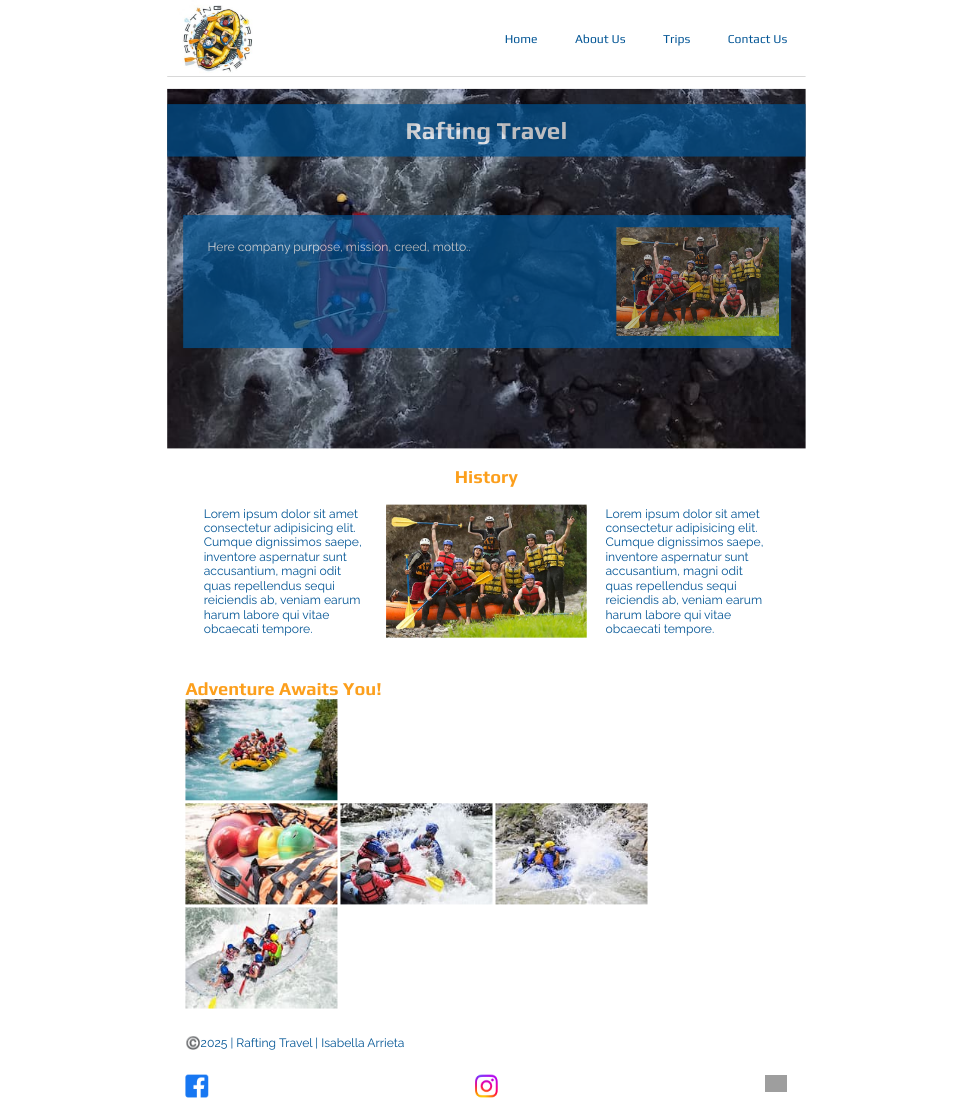
Repository: isaAJ05/wdd130
Page: wwr/about.html
These files come from the project's save history. The page is drawn as it stood at one moment and after the next save; the edit follows.
The browser window is 1280 px wide. The pictures show the whole page, at 76% of full size.
Pictures or frames that could not be fetched are drawn as grey boxes.

Above is the page before, as saved 2025-06-06 23:04:01.

After the next save:
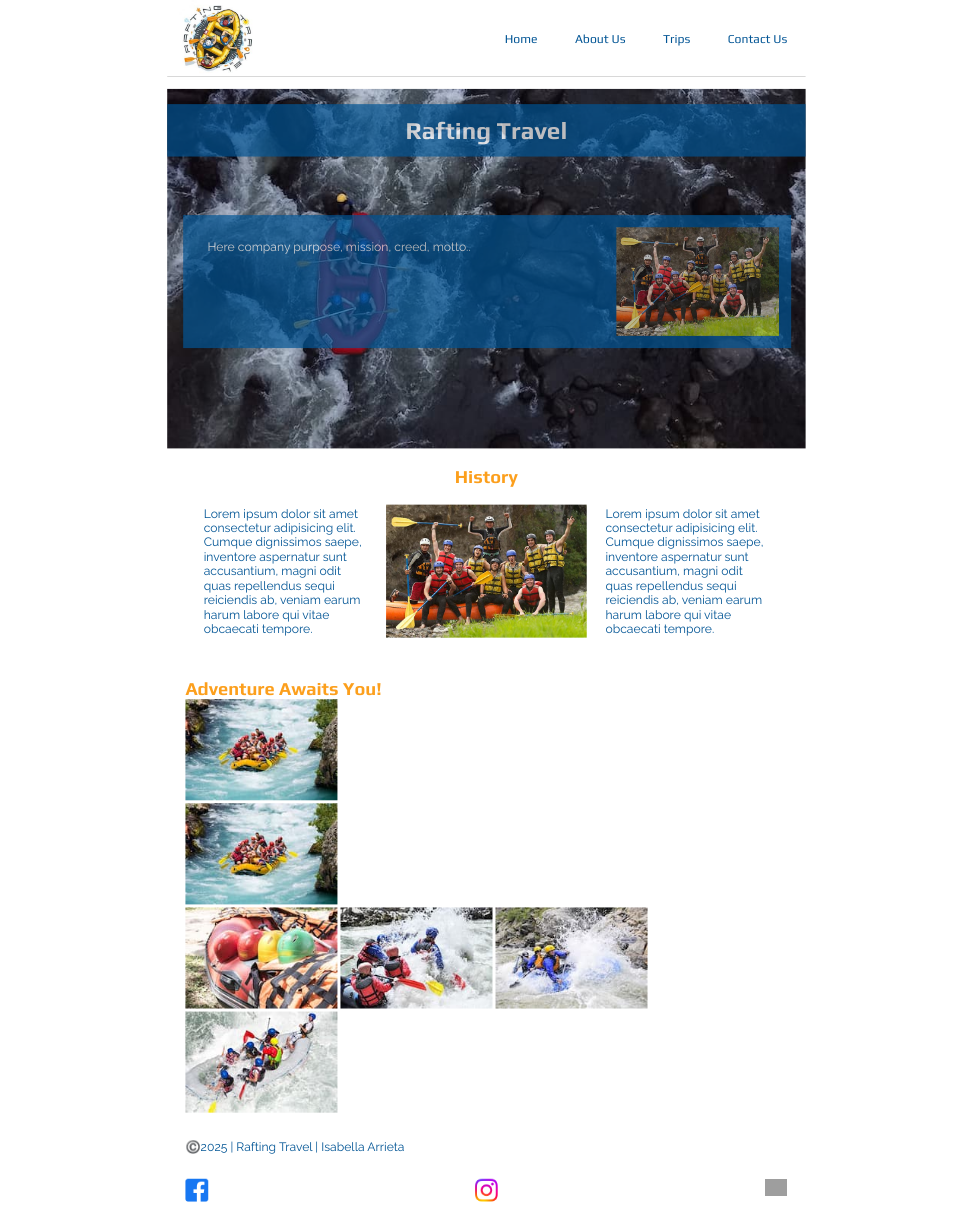
Saved 12 s later.
--- a/wwr/about.html
+++ b/wwr/about.html
@@ -42,7 +42,10 @@
                 <img src="images/5.jpg" alt="">
                 <figcaption></figcaption>
             </figure>
-
+            <figure>
+                <img src="images/5.jpg" alt="">
+                <figcaption></figcaption>
+            </figure>
             <img src="images/2.jpg" alt="">
             <img src="images/3.jpg" alt="">
             <img src="images/4.jpg" alt="">
